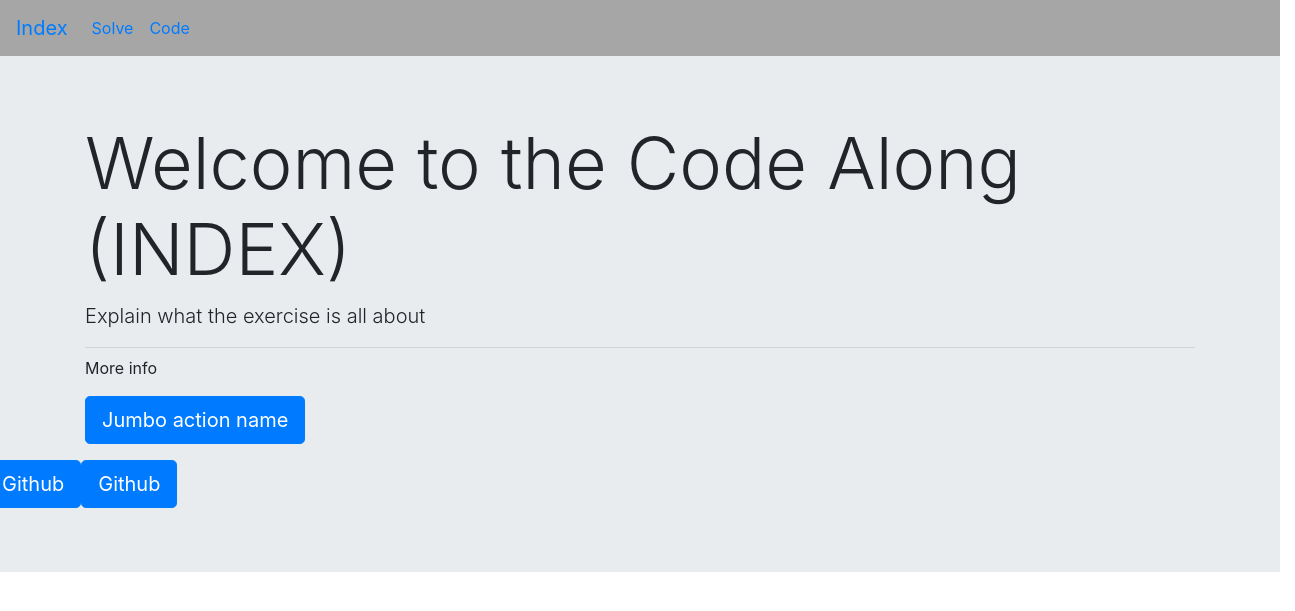
Repository: zhadjah9559/TacocatGrammar
Page: index.html
An editor plug-in stored every save of this project. The page is shown before and after a run of saves, followed by the edit.
The browser window is 1280 px wide. The page is 1295 px wide, so the pictures cover 1295 px, including what lies to the right of the window. The pictures show the whole page.

Above is the page before, as saved 2021-01-12 01:14:43.

### index.html
<!doctype html>
<html lang="en">
  <head>
    <title>Index</title>
    <!-- Required meta tags -->
    <meta charset="utf-8">
    <meta name="viewport" content="width=device-width, initial-scale=1, shrink-to-fit=no">

    <!-- Bootstrap CSS -->
    <link rel="stylesheet" href="https://stackpath.bootstrapcdn.com/bootstrap/4.3.1/css/bootstrap.min.css" integrity="sha384-ggOyR0iXCbMQv3Xipma34MD+dH/1fQ784/j6cY/iJTQUOhcWr7x9JvoRxT2MZw1T" crossorigin="anonymous">
  </head>
  <body>

    <nav class="navbar navbar-expand-sm" style="background-color: #A6A6A6;">
        <a class="navbar-brand" href="#">Index</a>
        <button class="navbar-toggler d-lg-none" type="button" data-toggle="collapse" data-target="#collapsibleNavId" aria-controls="collapsibleNavId"
            aria-expanded="false" aria-label="Toggle navigation"></button>
        <div class="collapse navbar-collapse" id="collapsibleNavId">
            <ul class="navbar-nav mr-auto mt-2 mt-lg-0">
                <li class="nav-item active">
                    <a class="nav-link" href="solve.html">Solve<span class="sr-only">(current)</span></a>
                </li>
                <li class="nav-item">
                    <a class="nav-link" href="code.html">Code</a>
                </li>
            </ul>
        </div>
    </nav>


    <div class="jumbotron jumbotron-fluid">
        <div class="container">
            <h1 class="display-3">Welcome to the Code Along (INDEX)</h1>
            <p class="lead">Explain what the exercise is all about</p>
            <hr class="my-2">
            <p>More info</p>
            <p class="lead">
                <a class="btn btn-primary btn-lg" href="Jumbo action link" role="button">Jumbo action name</a>
            </p>
        </div>

        <div class="row">
            <a class="btn btn-primary btn-lg" target="_blank" href="https://github.com/zhadjah9559" role="button">Github</a>
            <a class="btn btn-primary btn-lg" target="_blank" href="https://github.com/zhadjah9559" role="button">Github</a>

        </div>
    </div>



    <!-- Optional JavaScript -->
    <!-- jQuery first, then Popper.js, then Bootstrap JS -->
    <script src="https://code.jquery.com/jquery-3.3.1.slim.min.js" integrity="sha384-q8i/X+965DzO0rT7abK41JStQIAqVgRVzpbzo5smXKp4YfRvH+8abtTE1Pi6jizo" crossorigin="anonymous"></script>
    <script src="https://cdnjs.cloudflare.com/ajax/libs/popper.js/1.14.7/umd/popper.min.js" integrity="sha384-UO2eT0CpHqdSJQ6hJty5KVphtPhzWj9WO1clHTMGa3JDZwrnQq4sF86dIHNDz0W1" crossorigin="anonymous"></script>
    <script src="https://stackpath.bootstrapcdn.com/bootstrap/4.3.1/js/bootstrap.min.js" integrity="sha384-JjSmVgyd0p3pXB1rRibZUAYoIIy6OrQ6VrjIEaFf/nJGzIxFDsf4x0xIM+B07jRM" crossorigin="anonymous"></script>
  </body>
</html>

After the next 2 saves:
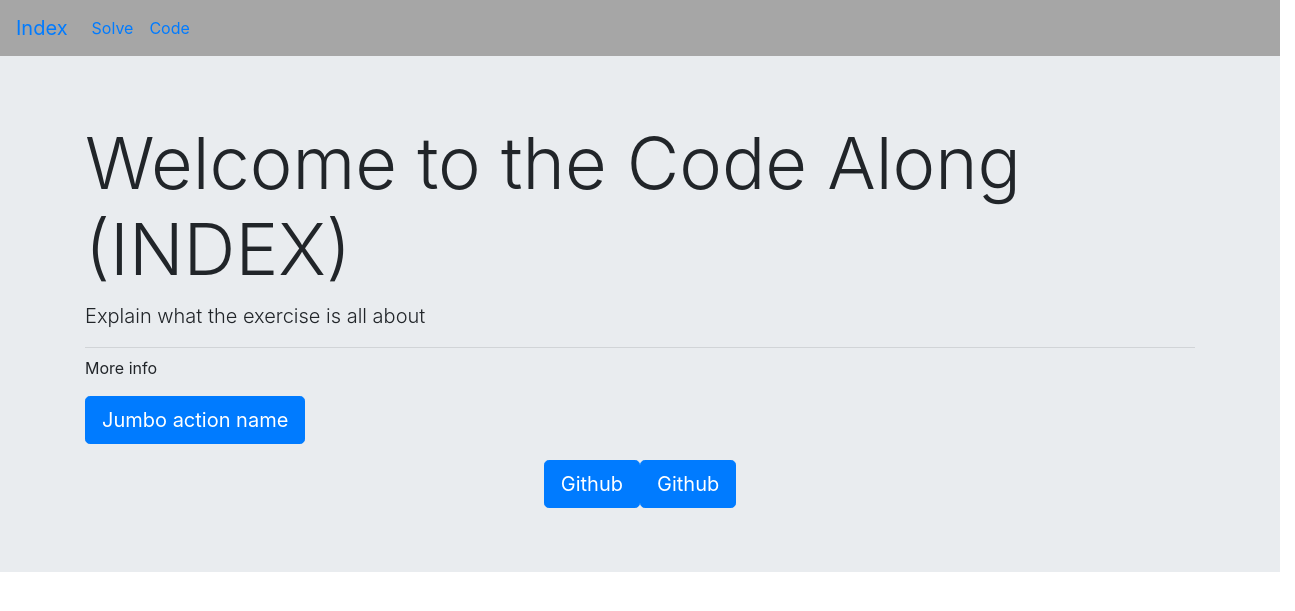
The 2 saves are shown as one change because they came seconds apart.
The last was saved 10 s later.
--- a/index.html
+++ b/index.html
@@ -39,7 +39,7 @@
             </p>
         </div>
 
-        <div class="row">
+        <div class="row justify-content-center">
             <a class="btn btn-primary btn-lg" target="_blank" href="https://github.com/zhadjah9559" role="button">Github</a>
             <a class="btn btn-primary btn-lg" target="_blank" href="https://github.com/zhadjah9559" role="button">Github</a>
 
